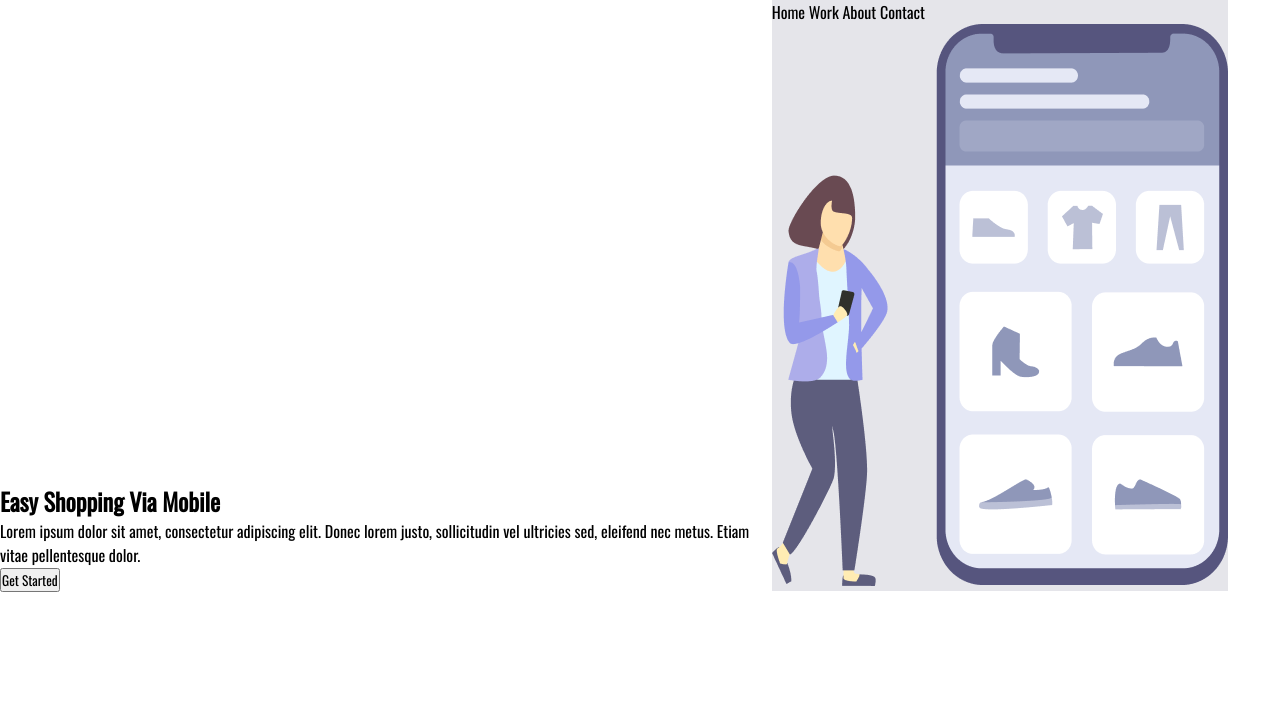
Repository: Leo-Marques-882/Projeto-Git-2
Page: index.html
An editor plug-in stored every save of this project. The page is shown before and after the next save, followed by the edit.
The browser window is 1280 px wide. The pictures show the whole page.

Above is the page before, as saved 2023-03-06 22:52:44.

### index.html
<!DOCTYPE html>
<html lang="pt_br">

<head>
    <meta charset="UTF-8">
    <meta http-equiv="X-UA-Compatible" content="IE=edge">
    <meta name="viewport" content="width=device-width, initial-scale=1.0">
    <link rel="stylesheet" href="styless.css">
    <link rel="preconnect" href="https://fonts.googleapis.com">
    <link rel="preconnect" href="https://fonts.gstatic.com" crossorigin>
    <link href="https://fonts.googleapis.com/css2?family=Oswald&display=swap" rel="stylesheet">

    <title>Projeto 1</title>
</head>

<body>
    <div class="wrapper">
        <section class="container-left">
            <h1>Easy Shopping Via Mobile</h1>
            <p>Lorem ipsum dolor sit amet, consectetur adipiscing
                elit. Donec lorem justo, sollicitudin vel ultricies sed,
                eleifend nec metus. Etiam vitae pellentesque dolor. </p>
            <button>Get Started</button>
        </section>
        <section class="container-right">
            <header>
                <a>Home</a>
                <a>Work</a>
                <a>About</a>
                <a>Contact</a>
            </header>
            <img src="./img/Illustration.png" alt="girl-cellphone">
        </section>
    </div>
</body>

</html>

### styless.css
* {
    margin: 0;
    padding: 0;
    box-sizing: border-box;
    font-family: 'Oswald', sans-serif;
}

.wapper {
    height: 100vh;
    ;
    width: 100vw;
}

.container-left {
    display: inline-block;
    width: 60%;
}

.container-right {
    display: inline-block;
    background-color: rgba(93, 93, 125, 0.16)

}

After the next save:
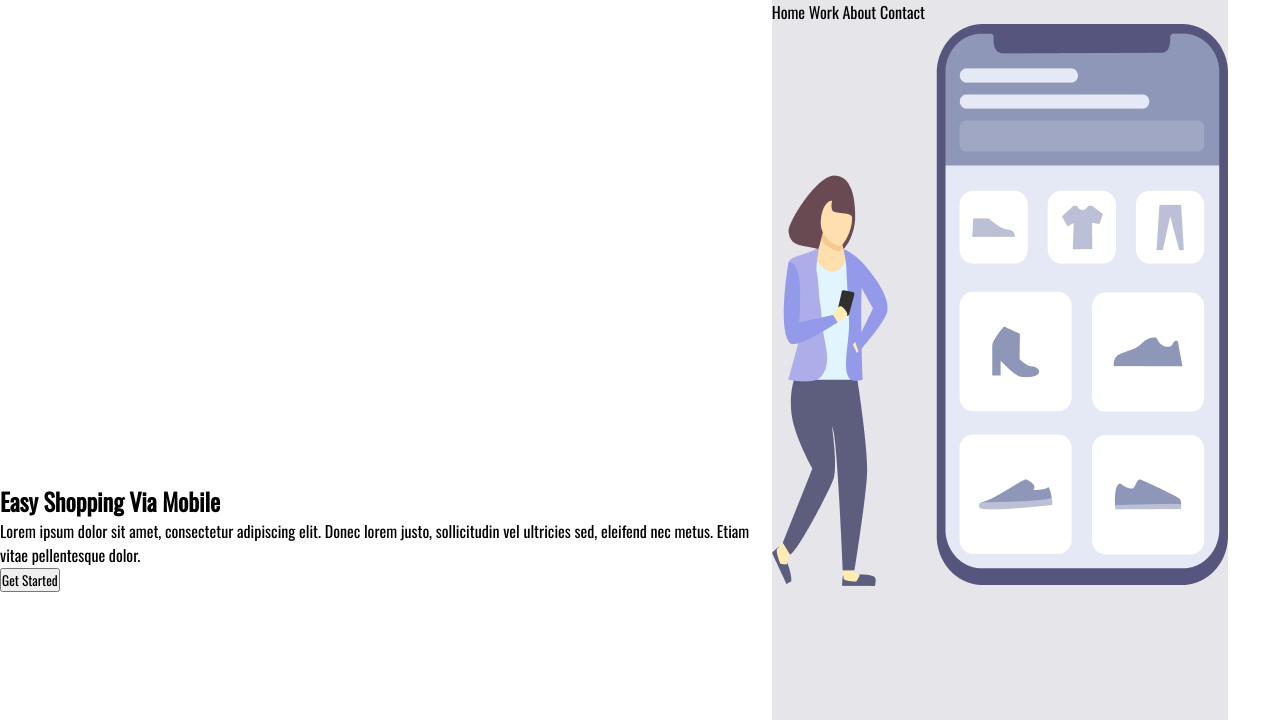
Saved 44 s later.
--- a/styless.css
+++ b/styless.css
@@ -18,6 +18,8 @@
 
 .container-right {
     display: inline-block;
-    background-color: rgba(93, 93, 125, 0.16)
+    background-color: rgba(93, 93, 125, 0.16);
+    height: 100vh;
+
 
 }
